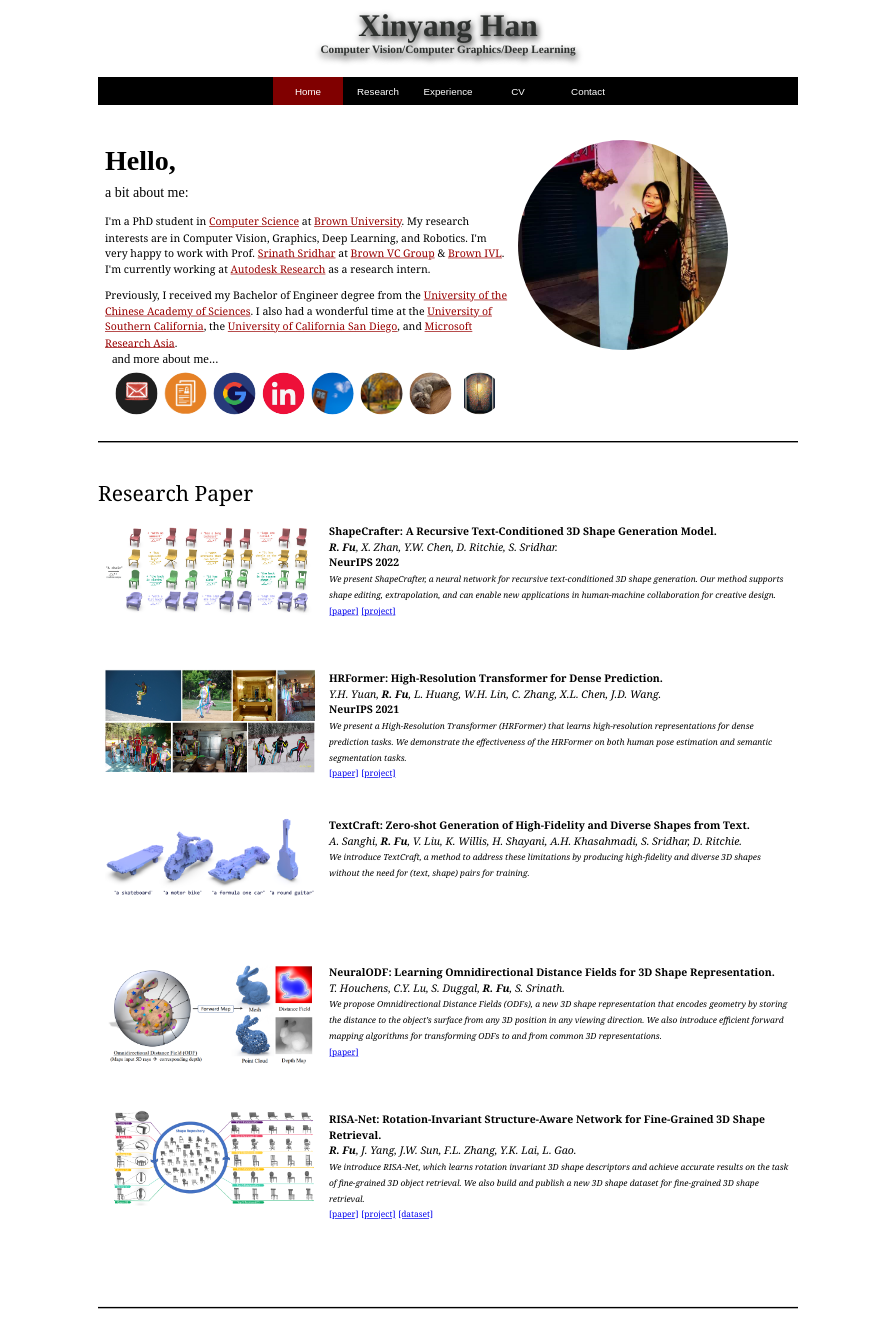
Repository: XinyangHan/XinyangHan.github.io
Page: index.html
An editor plug-in stored every save of this project. The page is shown before and after the next save, followed by the edit.
The browser window is 1280 px wide. The pictures show the part of the page from y = 0 to 1920 px (the page is 4103 px tall), at 70% of full size.

Above is the page before, as saved 2023-02-11 13:08:08.

After the next save:
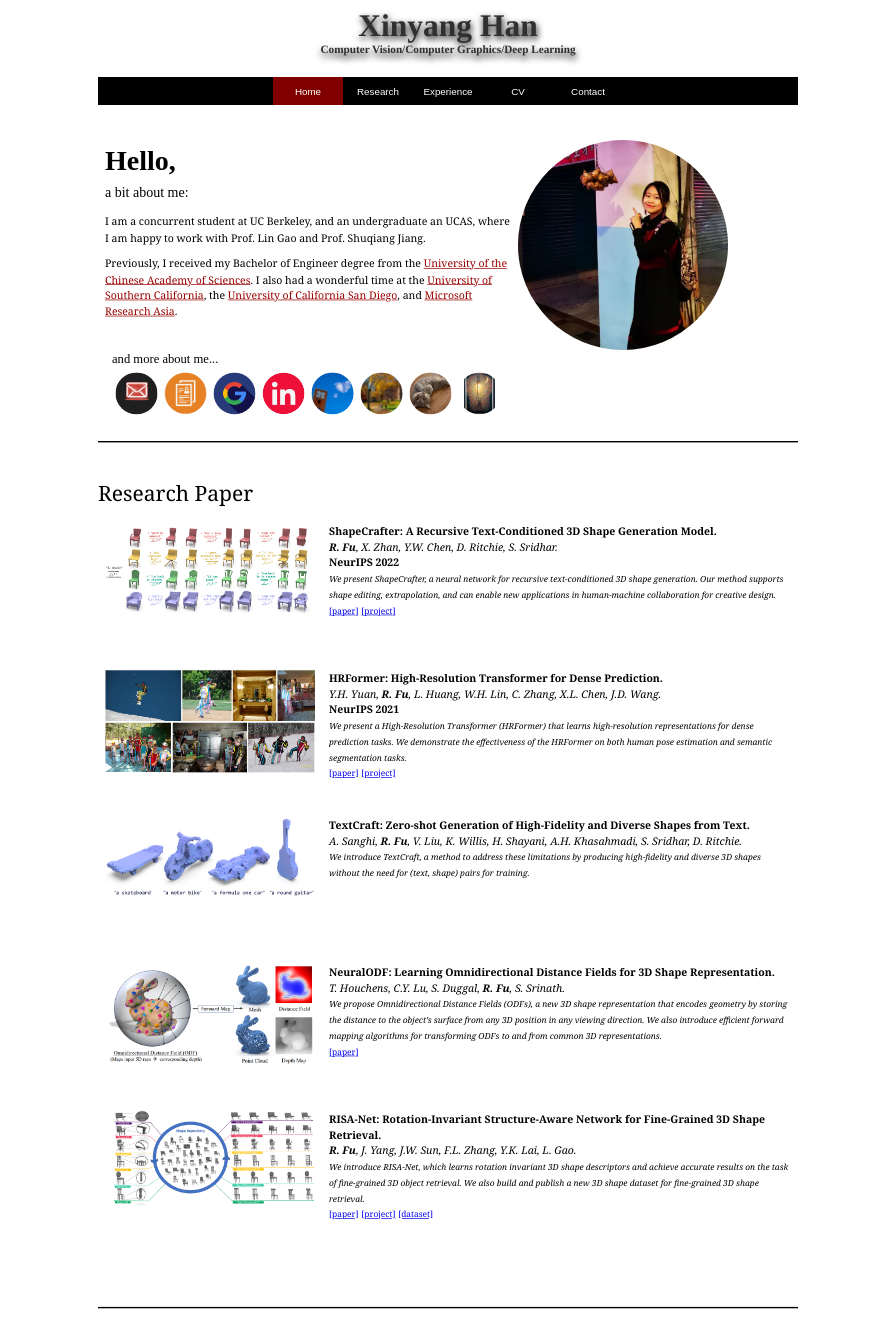
Saved 107 s later.
--- a/index.html
+++ b/index.html
@@ -64,10 +64,7 @@
 			<strong id="c_font1">Hello,</strong><br>
 			<span class="c_font2">a bit about me:</span><br>
 			<p class="c_font3">
-				I'm a PhD student in <a href="https://cs.brown.edu/">Computer Science</a> at <a href="https://www.brown.edu/">Brown University</a>.
-				My research interests are in Computer Vision, Graphics, Deep Learning, and Robotics.
-				I'm very happy to work with Prof. <a href="https://srinathsridhar.com">Srinath Sridhar</a> at <a href="https://visual.cs.brown.edu/">Brown VC Group</a> & <a href="https://ivl.cs.brown.edu/">Brown IVL</a>.
-				I'm currently working at <a href="https://www.autodesk.com/research/overview">Autodesk Research</a> as a research intern.
+				I am a concurrent student at UC Berkeley, and an undergraduate an UCAS, where I am happy to work with Prof. Lin Gao and Prof. Shuqiang Jiang.
 			</p>
 			<p class="c_font3">
 				Previously, I received my Bachelor of Engineer degree from the <a href="https://en.wikipedia.org/wiki/University_of_the_Chinese_Academy_of_Sciences/">University of the Chinese Academy of Sciences</a>.
